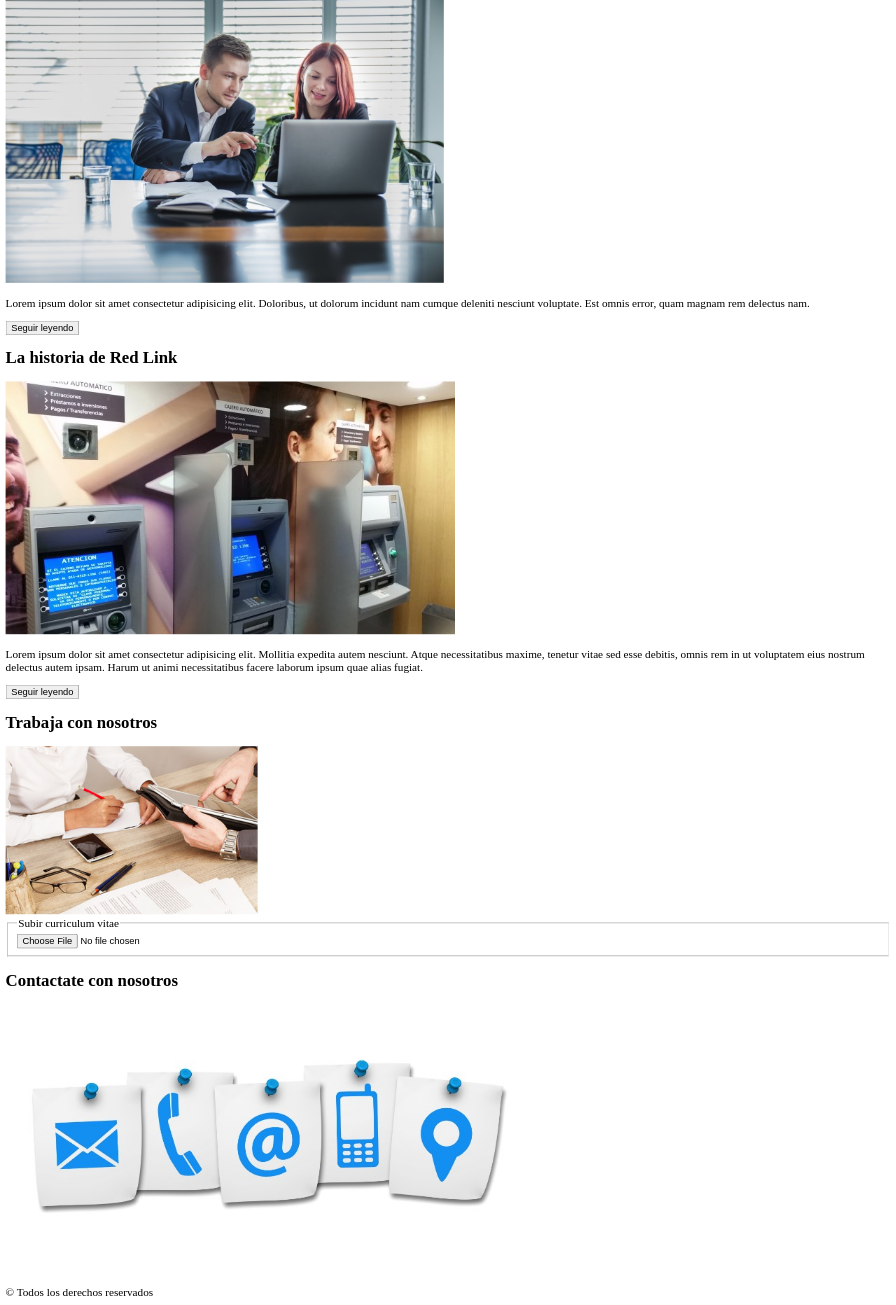
Repository: Juan241/RedLink
Page: index.html
The author's editor kept a copy of each file at every save. The page is drawn from the files as they stood at one save, then again after the next save.
The browser window is 1280 px wide. The pictures show the part of the page from y = 1090 to 3010 px (the page is 2954 px tall before and 3010 px after), at 70% of full size.

Above is the page before, as saved 2019-07-22 13:12:15.

### index.html
<!DOCTYPE html>
<html lang="es">
<head>
    <meta charset="UTF-8">
    <meta name="viewport" content="width=device-width, initial-scale=1.0">
    <meta http-equiv="X-UA-Compatible" content="ie=edge">
    <title>Mi primer Pagina</title>
</head>
<body>
    <nav>
        <ul>
            <li><a href="#Introduccion">INTRODUCCION</a></li>
            <li><a href="#Somos">¿QUIENES SOMOS?</a></li>
            <li><a href="#Historia">HISTORIA</a></li>
            <li><a href="#Trabajo">TRABAJA CON NOSOTROS</a></li>
            <li><a href="#Contactos">CONTACTATE CON NOSOTROS</a></li>
        </ul>
    </nav>
    <header>

        <img src="img/header.jpg" alt="header">
        <h1>BIENVENIDO A MI PRIMER PAGINA WEB</h1>
        <p>Una página para poder mostrar la estructura del html</p>

    </header>

    <section id="Introduccion">
        <h2>Video Introductorio Red Link 30 años</h2>
        <iframe width="560" height="315" src="https://www.youtube.com/embed/E547EzEdmy8"
        frameborder="0" allow="accelerometer; autoplay; encrypted-media; gyroscope;
        picture-in-picture" allowfullscreen></iframe>
    </section>
   <section>
       <article id="Somos">
            <h2>Nosotros somos</h2>
            <img src="img/img_1.jpg" alt="personas">
            <p>Lorem ipsum dolor sit amet consectetur adipisicing elit.
            Doloribus, ut dolorum incidunt nam cumque deleniti nesciunt voluptate.
            Est omnis error, quam magnam rem delectus nam.
            </p>
            <input type="button" value="Seguir leyendo"></input>
       </article>
   </section>
   <section>
       <article id="Historia">
            <h2>La historia de Red Link</h2>
            <img src="img/img_2.jpg" alt="historia">
            <p>Lorem ipsum dolor sit amet consectetur adipisicing elit.
            Mollitia expedita autem nesciunt. Atque necessitatibus maxime,
            tenetur vitae sed esse debitis, omnis rem in ut voluptatem eius nostrum delectus
            autem ipsam. Harum ut animi necessitatibus facere laborum ipsum quae alias fugiat.</p>
            <input type="button" value="Seguir leyendo">
       </article>
   </section>
   <Section id="Trabajo">
       <article>
            <h2>Trabaja con nosotros</h2>
            <img src="img/img_3.jpg" alt="trabaja con nosotros">
            <fieldset class="form-group">
                <legend>Subir curriculum vitae</legend>
                <input type="file" name="archivo" />
             </fieldset>
       </article>
   </Section>
   <section>
       <article id="Contactos">
            <h2>Contactate con nosotros</h2>
            <img src="img/img_4.jpg" alt="contactos">
            <!--<ol>
                <li><a href="#">Mensajes</a></li>
                <li><a href="#">Teléfono de linea</a></li>
                <li><a href="#">E-Mail</a></li>
                <li><a href="#">Celular</a></li>
                <li><a href="#">Dirección</a></li>
            </ol>-->

            <form action="#">

            </form>
       </article>
   </section>

   <footer> &copy; Todos los derechos reservados</footer>
</body>
</html>

After the next save:
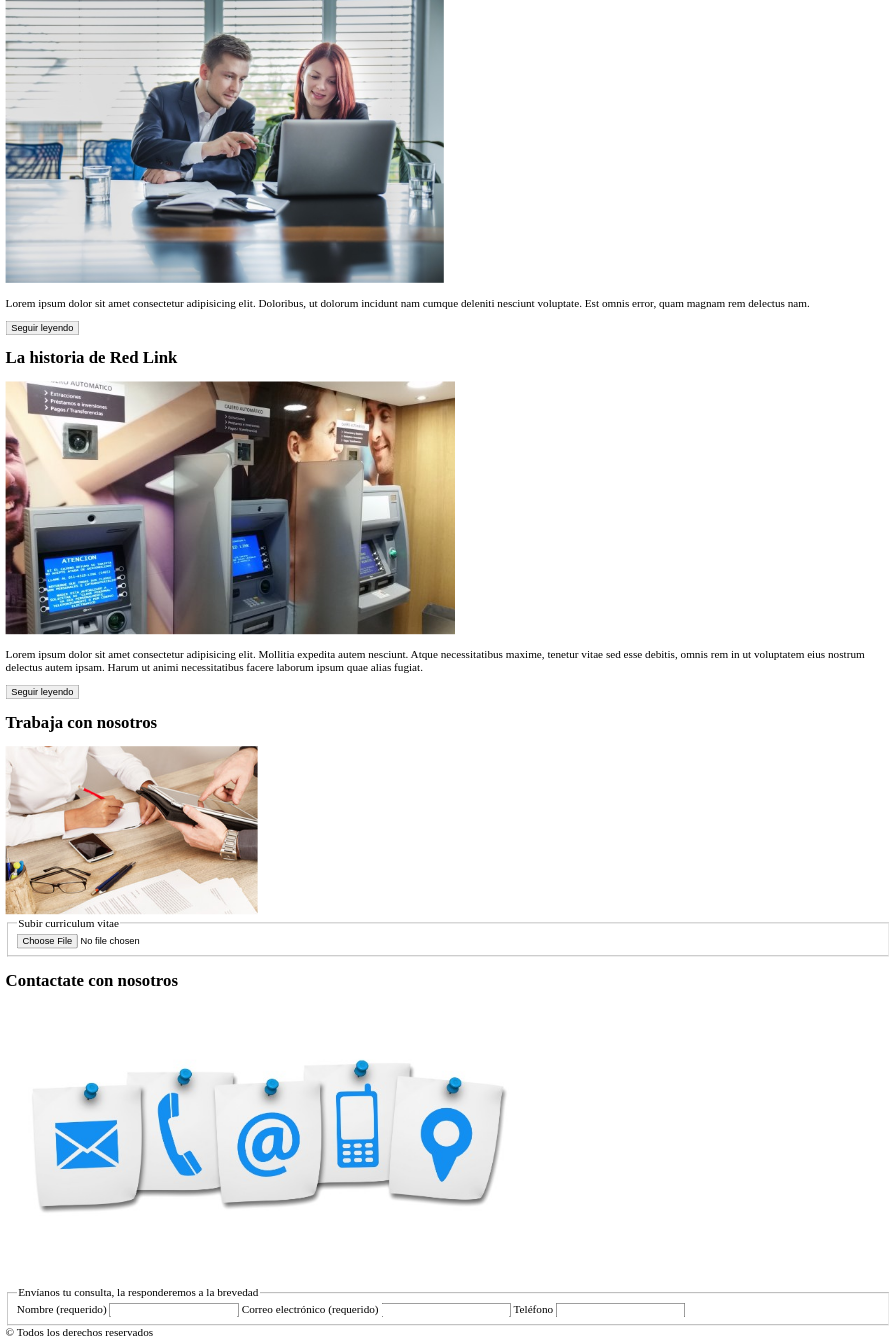
Saved 8 min 6 s later.
--- a/index.html
+++ b/index.html
@@ -74,7 +74,18 @@
                 <li><a href="#">Dirección</a></li>
             </ol>-->
 
-            <form action="#">
+            <fieldset class="form-group">
+                <legend>Envíanos tu consulta, la responderemos a la brevedad</legend>
+
+                <label for="nombre">Nombre (requerido)</label>
+                <input type="text" name="nombre" required>
+
+                <label for="email">Correo electrónico (requerido)</label>
+                <input type="email" name="email" required>
+
+                <label for="telefono">Teléfono</label>
+                <input type="tel" name="telefono" pattern="[0-9] {2}">
+            </fieldset>
 
             </form>
        </article>
